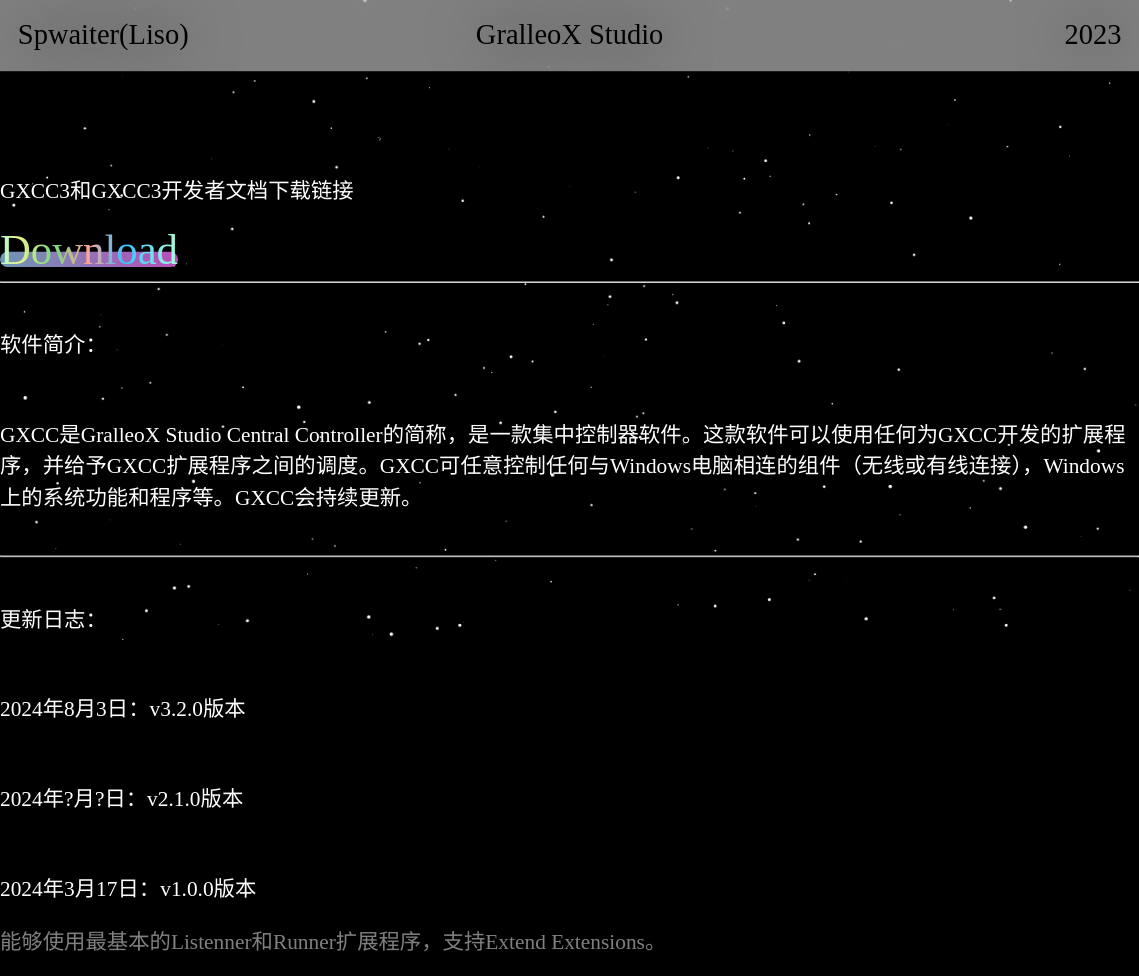
Repository: Lisu-Liso/page
Page: GXCC/index.html
These files come from the project's save history. The page is drawn as it stood at one moment and after the next save; the edit follows.
The browser window is 1280 px wide. The pictures show the whole page, at 89% of full size.

Above is the page before, as saved 2024-08-04 08:53:19.

After the next save:
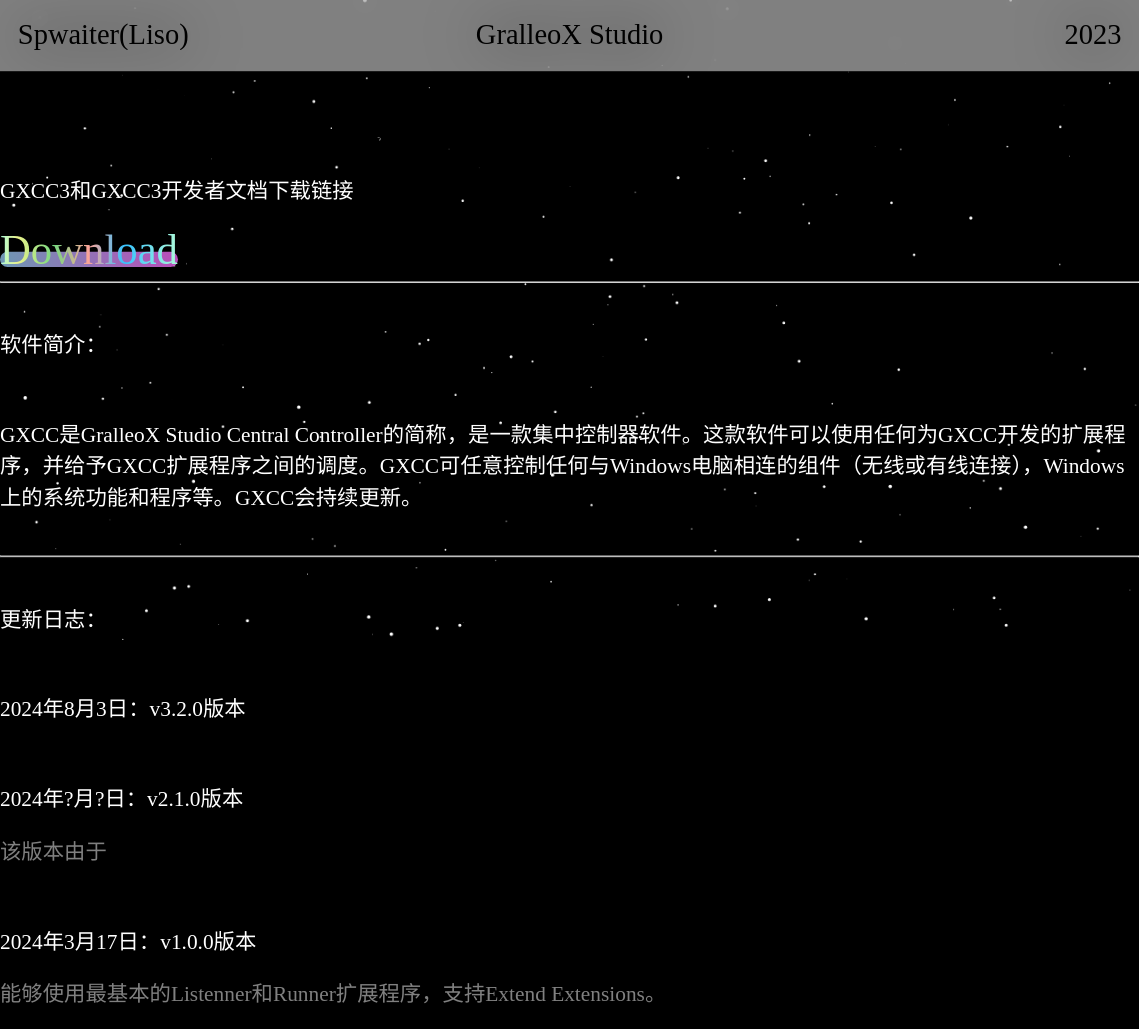
Saved 5 s later.
--- a/GXCC/index.html
+++ b/GXCC/index.html
@@ -304,7 +304,7 @@
         <p class="normaltext" style="color: grey;"></p>
         <br>
         <p class="normaltext">2024年?月?日：v2.1.0版本</p>
-        <p class="normaltext" style="color: grey;"></p>
+        <p class="normaltext" style="color: grey;">该版本由于</p>
         <br>
         <p class="normaltext">2024年3月17日：v1.0.0版本</p>
         <p class="normaltext" style="color: grey;">能够使用最基本的Listenner和Runner扩展程序，支持Extend Extensions。</p>
